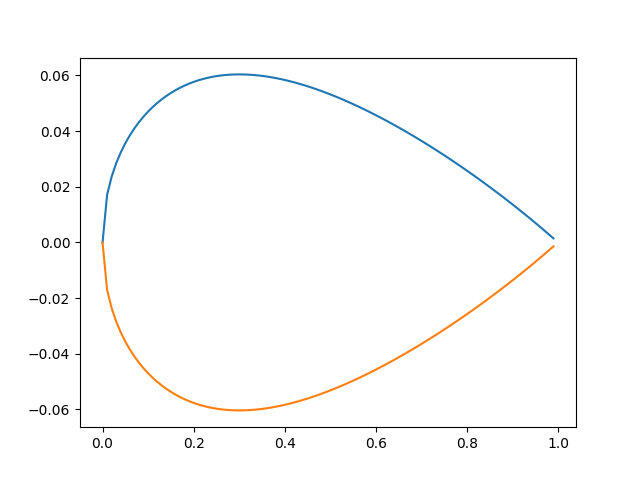
Repository: leiradom/CFDhomework
Script's output: python Laplaceequation/Meshgeneration.py
An editor plug-in stored every save of this project. The script's output is shown before and after the next save, followed by the edit.
Random numbers start from a fixed seed.

Above is the script's output before, as saved 2021-04-06 22:21:16.

After the next save:
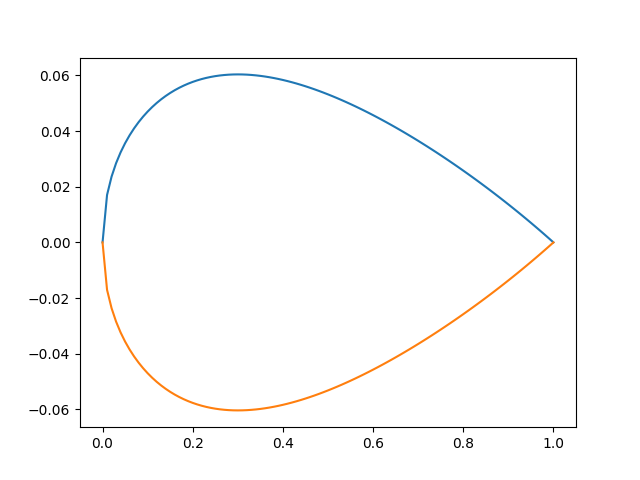
Saved 28 s later.
--- a/Laplaceequation/Meshgeneration.py
+++ b/Laplaceequation/Meshgeneration.py
@@ -3,9 +3,9 @@ import numpy as np
 import matplotlib.pyplot as plt
 
 #数组准备
-X = np.ones(100)
-Y1 = np.ones(100)
-Y2 = np.ones(100)
+X = np.ones(101)
+Y1 = np.ones(101)
+Y2 = np.ones(101)
 
 
 # n1 = int(input("请输入翼型表面离散点数"))
@@ -16,7 +16,7 @@ Y2 = np.ones(100)
 #y2 = -0.6 * (-0.1015 * x**4 + 0.2843 * x**3 - 0.3576 * x**2 - 0.1221 * x + 0.2969 * x ** 0.5)
 
 
-for i in range (0,100):
+for i in range (0,101):
     x = 0.01 *  i
     y1 = 0.6 * (-0.1015 * x**4 + 0.2843 * x**3 - 0.3576 * x**2 - 0.1221 * x + 0.2969 * x ** 0.5)
     y2 = -0.6 * (-0.1015 * x**4 + 0.2843 * x**3 - 0.3576 * x**2 - 0.1221 * x + 0.2969 * x ** 0.5)
